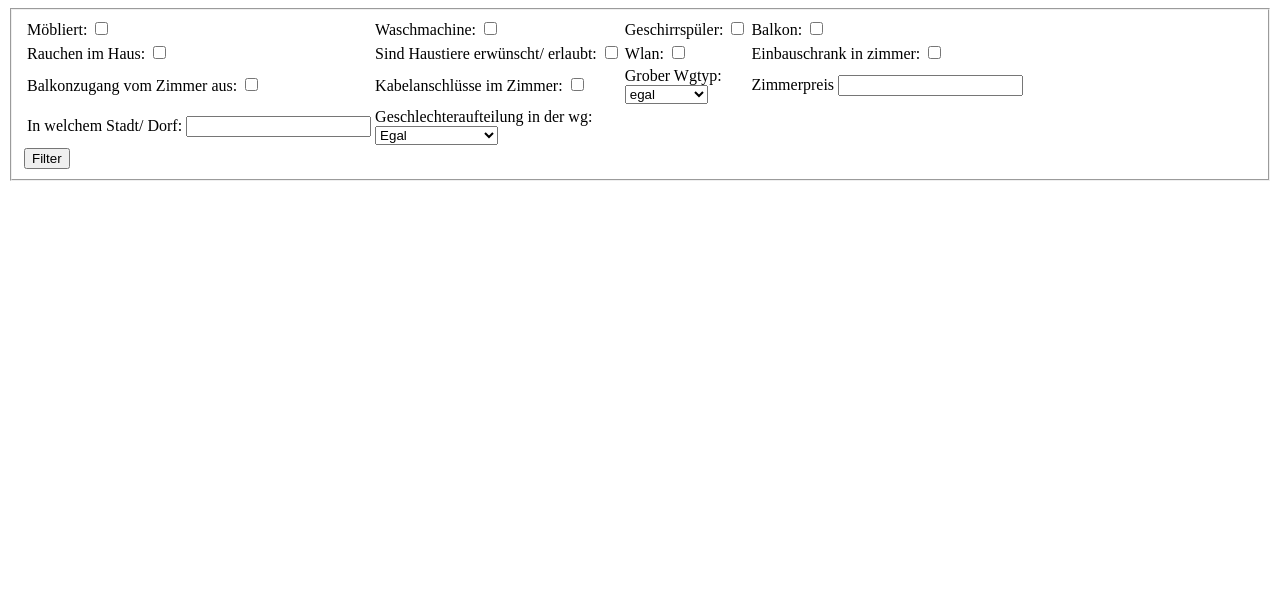
Repository: ese-unibe-ch/ese2014-team2
Page: http://localhost/Skeleton/pages/template/filter.jsp
An editor plug-in stored every save of this project. The page is shown before and after the next save, followed by the edit.
The browser window is 1280 px wide. The pictures show the whole page.
The page is served by Tomcat 9. Nobody is signed in. The application's start-up code is not run. Other server files are loaded and not shown. The template is opened directly, without the code that normally fills it, so the values that code supplies are empty.

Above is the page before, as saved 2014-10-27 09:27:37.

### Skeleton/src/main/webapp/pages/template/filter.jsp
<%@ page language="java" pageEncoding="UTF-8" contentType="text/html;charset=utf-8" %>
<%@ taglib prefix="c" uri="http://java.sun.com/jsp/jstl/core" %>
<%@ taglib prefix="form" uri="http://www.springframework.org/tags/form" %>
<%@ taglib prefix="spring" uri="http://www.springframework.org/tags" %>

<div class="main">
<form:form method="post" modelAttribute="filterForm" action="filterAds"
		id="filterForm" cssClass="form-horizontal" autocomplete="off"
		enctype="multipart/form-data">
		<fieldset>
			<table class="smalltable">
				<tr>
					<td>
						<label class="control-label" for="field-furnished">Möbliert:</label>
						<form:checkbox	path="furnished" id="field-furnished" tabindex="1" />
					</td>
					<td>
						<label class="control-label" for="field-Laundry">Waschmachine:</label>
						<form:checkbox	path="hasLaundry" id="field-Laundry" tabindex="2" />
					</td>
					<td>
						<label class="control-label" for="field-Dishwasher">Geschirrspüler:</label>
						<form:checkbox	path="hasDishwasher" id="field-Dishwasher" tabindex="3" />
					</td>
					<td>
						<label class="control-label" for="field-Balcony">Balkon:</label>
						<form:checkbox	path="hasBalcony" id="field-Balcony" tabindex="4" />
					</td>
				 </tr>
				 <tr>
				 	<td>
						<label class="control-label" for="field-smokingInside">Rauchen im Haus:</label>
						<form:checkbox	path="smokingInside" id="field-smokingInside" tabindex="5" />
					</td>
					<td>
						<label class="control-label" for="field-pets">Sind Haustiere erwünscht/ erlaubt:</label>
						<form:checkbox	path="hasPets" id="field-pets" tabindex="6" />
					</td>
					<td>
						<label class="control-label" for="field-wlan">Wlan:</label>
						<form:checkbox	path="wlan" id="field-wlan" tabindex="7" />
					</td>
					<td>
						<label class="control-label" for="field-closet">Einbauschrank in zimmer:</label>
						<form:checkbox	path="hasBuiltInCloset" id="field-closet" tabindex="8" />
					</td>
					</tr>
				 <tr>
				   	<td>
						<label class="control-label" for="field-isToBalcony">Balkonzugang vom Zimmer aus:</label>
						<form:checkbox	path="toBalcony" id="field-isToBalcony" tabindex="9" />
					</td>
					<td>
						<label class="control-label" for="field-Cables">Kabelanschlüsse im Zimmer:</label>
						<form:checkbox	path="hasCables" id="field-Cables" tabindex="10" />
					</td>
					<td>
						<label class="control-label" for="field-wgType">Grober Wgtyp:</label>
						<div class="controls">
							<form:select path="wgType" id="field-wgType"
								tabindex="7">
								<option value="undef">egal</option>
								<option value="wild">eher wild</option>
								<option value="calm">eher ruhig</option>


							</form:select>
						</div>
					</td>
					<td>
						<label class="control-label" for="field-roomPrice">Zimmerpreis</label>
						<form:input path="roomPrice" id="field-roomPrice" tabindex="11"
					maxlength="10" />
					</td>
				 </tr>
				  <tr>
				   	<td>
						<label class="control-label" for="field-ort">In welchem Stadt/ Dorf:</label>
						<form:input path="ort" id="field-ort" tabindex="12"
					maxlength="10" />
					</td>
					<td>
						<label class="control-label" for="field-wgGender">Geschlechteraufteilung in der wg: </label>
						<div class="controls">
							<form:select path="wgGender" id="field-wgGender"
								tabindex="13">
								<option value="dontcare"> Egal</option>
								<option value="female">Reine Frauenwg</option>
								<option value="male">Reine Männerwg</option>


							</form:select>
						</div>
					</td>
								 </tr>


		</table>


				<button type="submit" class="btnblue">Filter</button>

		</fieldset>
		</form:form>
</div>

After the next save:
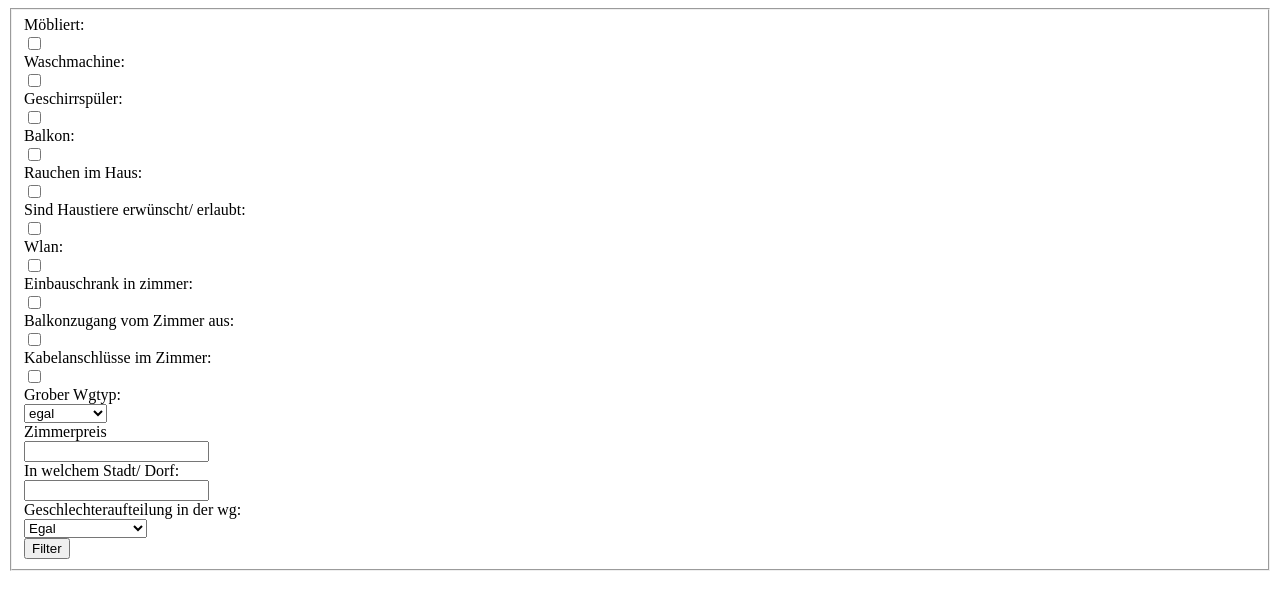
Saved 4 min 53 s later.
--- a/Skeleton/src/main/webapp/pages/template/filter.jsp
+++ b/Skeleton/src/main/webapp/pages/template/filter.jsp
@@ -8,53 +8,71 @@
 		id="filterForm" cssClass="form-horizontal" autocomplete="off"
 		enctype="multipart/form-data">
 		<fieldset>
-			<table class="smalltable">
-				<tr>
-					<td>
+
 						<label class="control-label" for="field-furnished">Möbliert:</label>
+						<div class="controls">
 						<form:checkbox	path="furnished" id="field-furnished" tabindex="1" />
-					</td>
-					<td>
+						</div>
+
+
 						<label class="control-label" for="field-Laundry">Waschmachine:</label>
+						<div class="controls">
 						<form:checkbox	path="hasLaundry" id="field-Laundry" tabindex="2" />
-					</td>
-					<td>
+						</div>
+
+
 						<label class="control-label" for="field-Dishwasher">Geschirrspüler:</label>
+						<div class="controls">
 						<form:checkbox	path="hasDishwasher" id="field-Dishwasher" tabindex="3" />
-					</td>
-					<td>
+						</div>
+
+
 						<label class="control-label" for="field-Balcony">Balkon:</label>
+						<div class="controls">
 						<form:checkbox	path="hasBalcony" id="field-Balcony" tabindex="4" />
-					</td>
-				 </tr>
-				 <tr>
-				 	<td>
+						</div>
+
+
+
+
 						<label class="control-label" for="field-smokingInside">Rauchen im Haus:</label>
+						<div class="controls">
 						<form:checkbox	path="smokingInside" id="field-smokingInside" tabindex="5" />
-					</td>
-					<td>
+						</div>
+
+
 						<label class="control-label" for="field-pets">Sind Haustiere erwünscht/ erlaubt:</label>
+						<div class="controls">
 						<form:checkbox	path="hasPets" id="field-pets" tabindex="6" />
-					</td>
-					<td>
+						</div>
+
+
 						<label class="control-label" for="field-wlan">Wlan:</label>
+						<div class="controls">
 						<form:checkbox	path="wlan" id="field-wlan" tabindex="7" />
-					</td>
-					<td>
+						</div>
+
+
 						<label class="control-label" for="field-closet">Einbauschrank in zimmer:</label>
+						<div class="controls">
 						<form:checkbox	path="hasBuiltInCloset" id="field-closet" tabindex="8" />
-					</td>
-					</tr>
-				 <tr>
-				   	<td>
+						</div>
+
+
+
+
 						<label class="control-label" for="field-isToBalcony">Balkonzugang vom Zimmer aus:</label>
+						<div class="controls">
 						<form:checkbox	path="toBalcony" id="field-isToBalcony" tabindex="9" />
-					</td>
-					<td>
+						</div>
+
+
 						<label class="control-label" for="field-Cables">Kabelanschlüsse im Zimmer:</label>
+						<div class="controls">
 						<form:checkbox	path="hasCables" id="field-Cables" tabindex="10" />
-					</td>
-					<td>
+						</div>
+
+
 						<label class="control-label" for="field-wgType">Grober Wgtyp:</label>
 						<div class="controls">
 							<form:select path="wgType" id="field-wgType"
@@ -66,21 +84,24 @@
 
 							</form:select>
 						</div>
-					</td>
-					<td>
+
+
 						<label class="control-label" for="field-roomPrice">Zimmerpreis</label>
+						<div class="controls">
 						<form:input path="roomPrice" id="field-roomPrice" tabindex="11"
 					maxlength="10" />
-					</td>
-				 </tr>
-				  <tr>
-				   	<td>
+					 	</div>
+
+
+
 						<label class="control-label" for="field-ort">In welchem Stadt/ Dorf:</label>
+						<div class="controls">
 						<form:input path="ort" id="field-ort" tabindex="12"
 					maxlength="10" />
-					</td>
-					<td>
+					 	</div>
+
 						<label class="control-label" for="field-wgGender">Geschlechteraufteilung in der wg: </label>
+
 						<div class="controls">
 							<form:select path="wgGender" id="field-wgGender"
 								tabindex="13">
@@ -91,8 +112,8 @@
 
 							</form:select>
 						</div>
-					</td>
-								 </tr>
+
+
 
 
 		</table>
